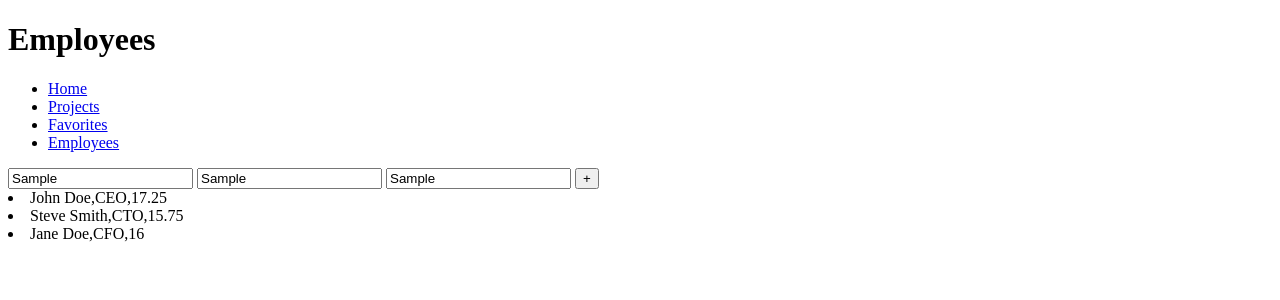
Repository: Kayla-amr/workApp
Page: client/employees.html
The author's editor kept a copy of each file at every save. The page is drawn from the files as they stood at one save, then again after a run of saves.
The browser window is 1280 px wide. The pictures show the whole page.
Empty fields were first filled with sample values (such as "Sample", 5 or name@example.com).
After loading, the first visible `button.addEInput` was clicked once.

Above is the page before, as saved 2023-12-04 06:24:14.
Console error: ReferenceError: employee is not defined

After the next 2 saves:
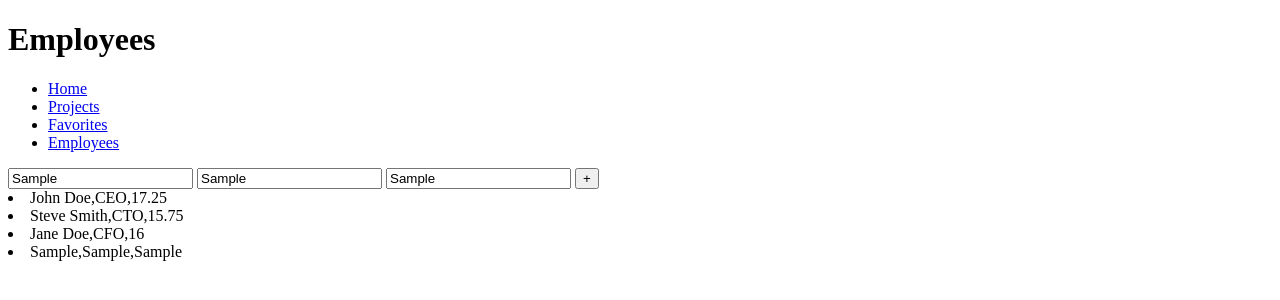
The 2 saves are shown as one change because they came seconds apart.
The last was saved 13 s later.
--- a/client/src/main.js
+++ b/client/src/main.js
@@ -75,8 +75,8 @@ function createEmployeeLi(employee) {
 
 function addEmployee() {
     let userEName = document.querySelector('.userEName');
-    let userEtitle = document.querySelector('.userEtitle');
-    let userEpay = document.querySelector('.userEpay');
+    let userEtitle = document.querySelector('.userETitle');
+    let userEpay = document.querySelector('.userEPay');
     let newEmployee = {
         id: employees.length + 1,
         name: userEName.value,
